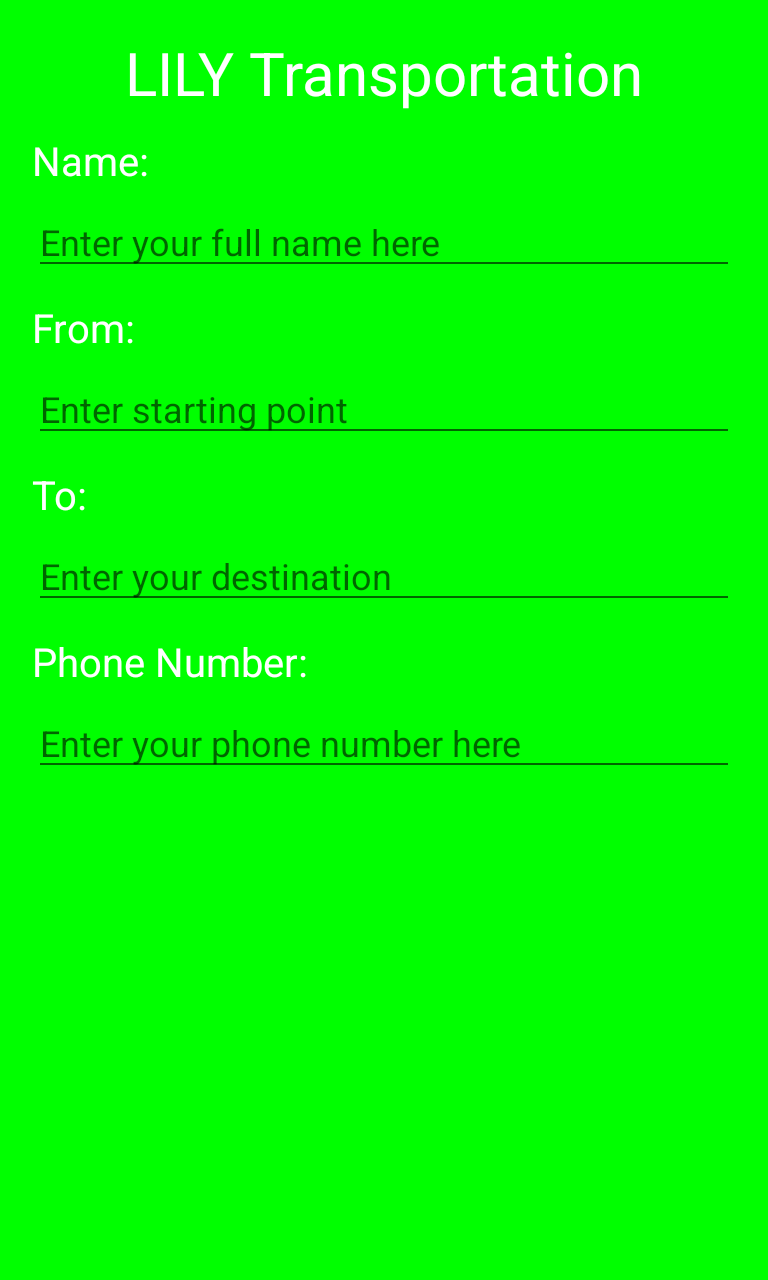
Repository: bwoldemi/LilyTrans
Layout: TransLily/res/layout/activity_main.xml
These files come from the project's save history. The layout is drawn as it stood at one moment and after the next save; the edit follows.
It is drawn on a 768 x 1280 px phone screen (xhdpi) without system bars, with theme AppTheme; the app's code is not run.

Above is the layout before, as saved 2014-09-20 11:20:09.

After the next save:
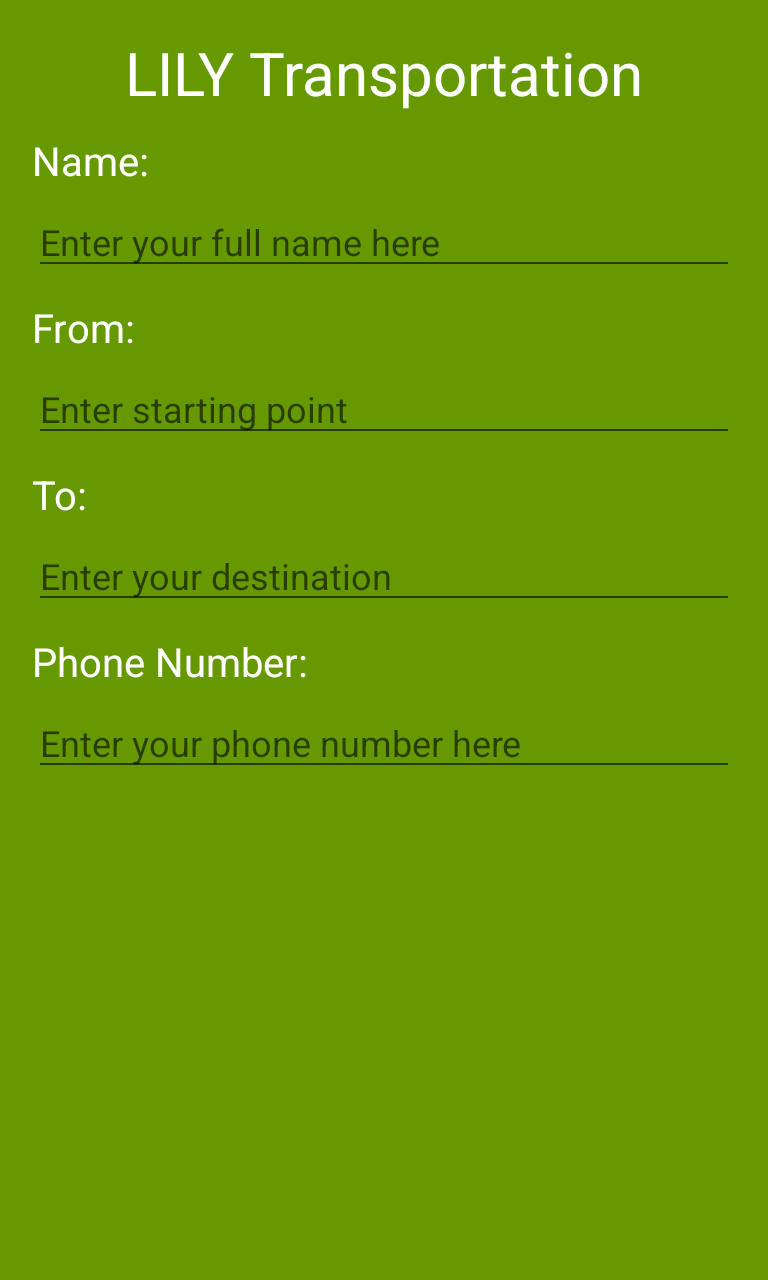
Saved 73 s later.
--- a/TransLily/res/layout/activity_main.xml
+++ b/TransLily/res/layout/activity_main.xml
@@ -2,7 +2,7 @@
     xmlns:tools="http://schemas.android.com/tools"
     android:layout_width="match_parent"
     android:layout_height="match_parent"
-    android:background="#ff00ff00"
+    android:background="#669900"
     android:orientation="vertical"
     android:paddingBottom="@dimen/activity_vertical_margin"
     android:paddingLeft="@dimen/activity_horizontal_margin"
